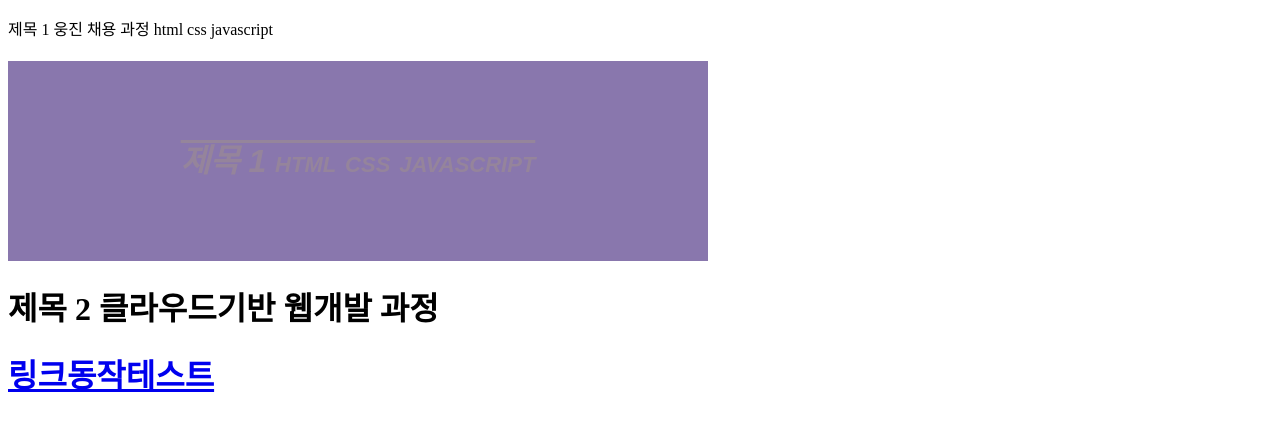
Repository: Kray273/JSLab
Page: css/src/main/webapp/Day97/textstyle.html
An editor plug-in stored every save of this project. The page is shown before and after the next save, followed by the edit.
The browser window is 1280 px wide. The pictures show the whole page.

Above is the page before, as saved 2022-11-25 05:40:10.

After the next save:
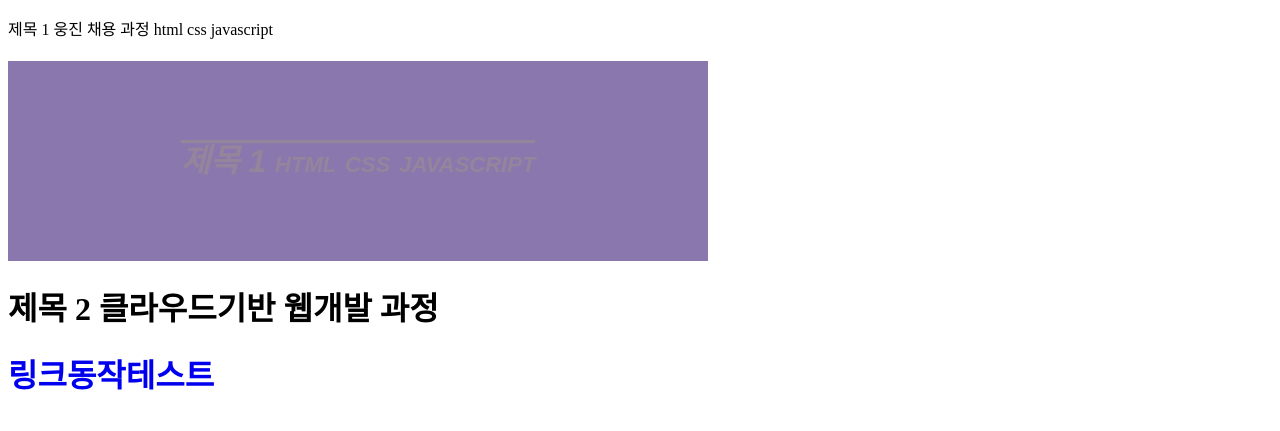
Saved 86 s later.
--- a/css/src/main/webapp/Day97/textstyle.html
+++ b/css/src/main/webapp/Day97/textstyle.html
@@ -35,6 +35,8 @@
 	#google {
 		font-family: 'Nanum Pen Script', cursive;
 	}
+
+	a { text-decoration: none;}
 </style>
 </head>
 <body>
